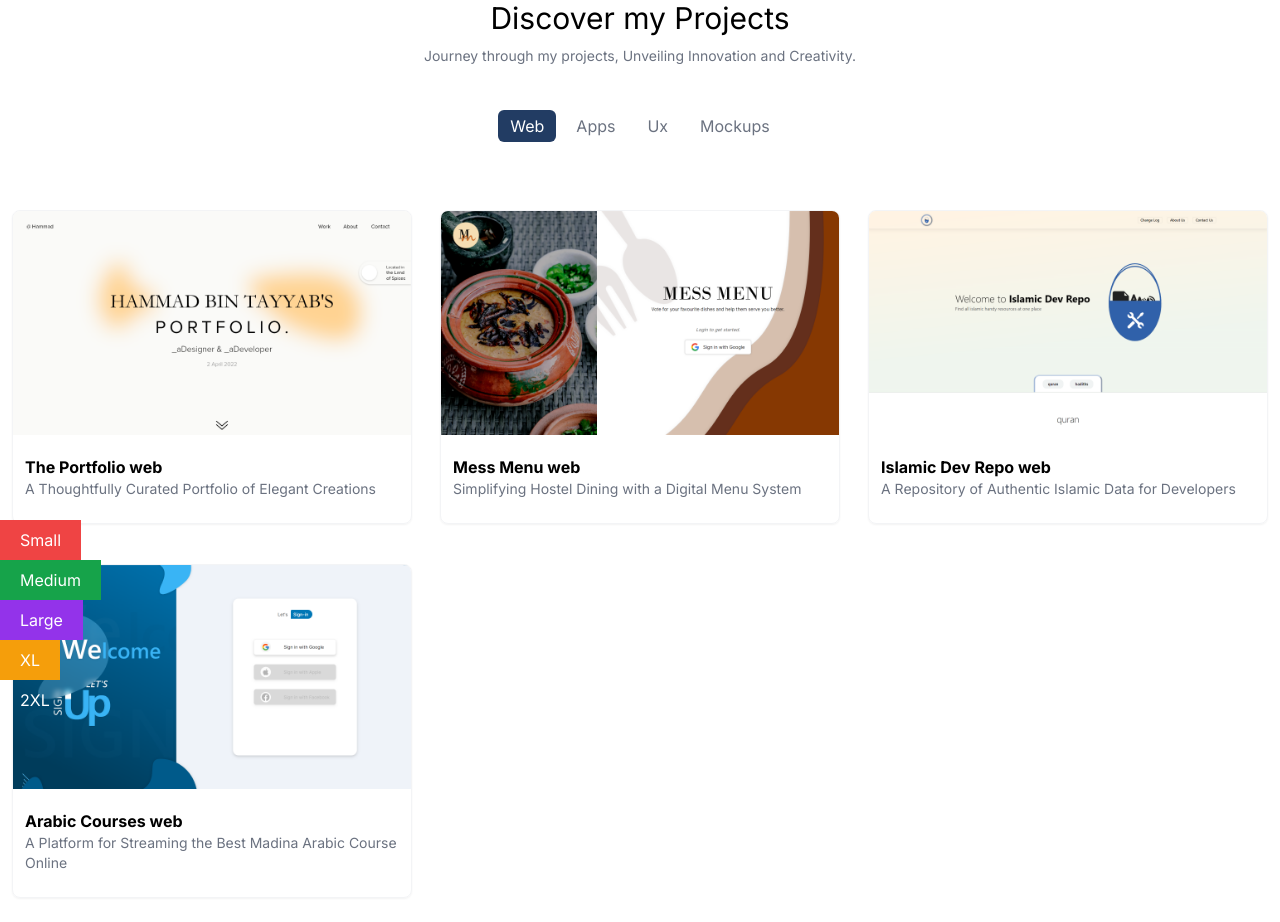
Repository: SpicierEwe/my_portfolio_v2
Page: /
An editor plug-in stored every save of this project. The page is shown before and after the next save, followed by the edit.
The browser window is 1280 px wide. The pictures show the whole page.
The project was rebuilt for these pictures with package versions that can differ from the ones it lists, and the page was loaded fresh each time. The framework's server and built-in components were replaced by stand-ins that run in the browser. Also part of the build but not shown: next.config.js, core/utils/customIcons.js, core/utils/utils.tsx, core/db/sub_db_data/ux_db.js.

Above is the page before, as saved 2024-04-22 12:01:49.

### app/page.tsx
import DevicePreview from "@/Components/Device_preview/device_preview";
import HeroSection from "@/Components/Hero_section/hero_section";
import WorkSection from "@/Components/Work_section/work_section";
import Image from "next/image";

export default function Home() {
  return (
    <main>
      <div className="absolute z-30 overflow-hidden bottom-0 ">
        <DevicePreview />
      </div>
      {/* <div className="overflow-hidden">
        <HeroSection />
      </div> */}

      <WorkSection />
    </main>
  );
}

### app/globals.css
@layer base {

  @font-face {
    font-family: 'Garamond';
    src: url('../public/fonts/EBGaramond-VariableFont_wght.ttf');

  }

  @font-face {
    font-family: 'Proxima Nova';
    src: url('../public/fonts/MarkSimonsonProximaNovaRegular.otf');
    font-weight: normal;
    font-style: normal;
  }


  @font-face {
    font-family: "Rage";
    src: url("../public/fonts/rage.ttf");
  }
}

@tailwind base;
@tailwind components;
@tailwind utilities;

:root {
  --foreground-rgb: 0, 0, 0;
  --background-start-rgb: 214, 219, 220;
  --background-end-rgb: 255, 255, 255;

}

@media (prefers-color-scheme: dark) {
  :root {
    --foreground-rgb: 255, 255, 255;
    --background-start-rgb: 0, 0, 0;
    --background-end-rgb: 0, 0, 0;
  }
}

body {

  /* background: #F5F5F5; */
}

### Components/Device_preview/device_preview.tsx
"use client";

import { use, useEffect, useState } from "react";

export default function DevicePreview() {
  return (
    <main className="flex flex-col justify-end ">
      {/* xs */}
      <div className=" text-right ">
        <p className="xs:bg-brand-color w-min text-white px-5 py-2">XS</p>
      </div>
      {/* sm */}
      <div className=" text-right ">
        <p className="sm:bg-red-500 w-min text-white px-5 py-2">Small</p>
      </div>
      {/* md */}
      <div className=" text-right ">
        <p className="md:bg-green-600 w-min px-5 py-2 text-white">Medium</p>
      </div>
      {/* lg */}
      <div className=" text-right ">
        <p className="lg:bg-purple-600 w-min px-5 py-2 text-white">Large</p>
      </div>
      {/* xl */}
      <div className=" text-right ">
        <p className="xl:bg-amber-500 w-min px-5 py-2 text-white">XL</p>
      </div>
      {/* 2xl */}
      <div className=" text-right ">
        <p className="2xl:bg-cyan-600 w-min px-5 py-2 text-white">2XL</p>
      </div>
    </main>
  );
}

### Components/Work_section/work_section.tsx
"use client";

import { db } from "../../core/db/db";
import Image from "next/image";
import Link from "next/link";
import { useState } from "react";

export default function WorkSection() {
  const navItems: string[] = Object.keys(db.portfolioItems);
  const [selectedNavItemIndex, setSelectedNavItemIndex] = useState<number>(0);
  return (
    <section className="">
      {/* header */}
      <header className="flex flex-col items-center pt-7">
        <h2 className="text-center text-2xl md:text-3xl">
          Discover my Projects
        </h2>
        <p className="text-center text-sm mt-2.5 text-gray-500">
          Journey through my projects, Unveiling Innovation and Creativity.
        </p>
      </header>
      {/* nav */}
      <nav>
        <ul className="flex justify-center mt-11 gap-2 flex-wrap">
          {navItems.map((item, index) => {
            const isSelected: Boolean = selectedNavItemIndex == index;
            return (
              <li
                className={`${
                  isSelected ? "bg-brand-color" : ""
                } px-3 py-1 rounded-md cursor-pointer`}
                onClick={() => setSelectedNavItemIndex(index)}
                key={index}
              >
                <Link
                  href="#"
                  className={`${
                    isSelected ? "text-white" : "text-gray-500"
                  } capitalize`}
                >
                  {item}
                </Link>
              </li>
            );
          })}
        </ul>
      </nav>

      <main>
        {/* projects */}
        <div className="grid grid-cols-1 sm:grid-cols-2 lg:grid-cols-3 gap-7 mt-14 px-3 py-3 sm:px-14 md:px-24">
          {(db.portfolioItems as any)[navItems[selectedNavItemIndex]].map(
            (item: any, index: number) => {
              const selectedNavItemName: string =
                navItems[selectedNavItemIndex];
              const projectName: string = item["projectName"];
              const imageLink: string = item["imageLink"];
              const tagLine = item["projectTagLine"];
              return (
                <div
                  key={index}
                  className="cursor-pointer shadow-sm rounded-lg overflow-hidden mb-3 border border-gray-100 hover:bg-gray-100 hover:border-gray-300
                  transition transform duration-300 ease-in-out"
                >
                  <Image
                    className="" // Group-based scaling
                    src={imageLink}
                    alt={projectName}
                    height={100}
                    width={100}
                    layout="responsive"
                  />
                  <div className="ml-3 mb-6 mt-5">
                    <p className="font-bold">
                      {projectName} {selectedNavItemName}
                    </p>
                    <p className="text-gray-500 text-sm">{tagLine}</p>
                  </div>
                </div>
              );
            }
          )}
        </div>
      </main>
    </section>
  );
}

### core/db/db.js
import { websitesDb } from "./sub_db_data/websites_db";
import { appsDb } from "./sub_db_data/apps_db";
import { uxDb } from "./sub_db_data/ux_db";
import { mockupsDb } from "./sub_db_data/mockups_db";

export const db = {
  portfolioItems: {
    web: websitesDb,
    apps: appsDb,
    ux: uxDb,
    mockups: mockupsDb,
  },
};

### core/db/sub_db_data/websites_db.js
import { embedCustomLinks } from "../../utils/utils";

export const websitesDb = [
  {
    projectName: "The Portfolio",
    projectId: "e2f9658b-f9bb-4d2c-ac8c-113a56d9204f",
    projectTagLine: "A Thoughtfully Curated Portfolio of Elegant Creations",
    link: "https://hammadtayyab.vercel.app/",
    imageLink: "/images/websites/my_portfolio.png",
    info: "This portfolio project showcases a minimalist design, highlighting my work and skills with clarity and finesse. The aim was to provide a seamless user experience and intuitive navigation, creating a comprehensive and sophisticated display of my professional journey.",
    roles: [
      "Data Analyst",
      "Designer",
      "Developer",
      "Maintainer",
      "Product Manager",
      "Tester/Quality Assurance",
      "Researcher",
      "DevOps Engineer",
      "Technical Writer",
      "Project Manager",
    ],
    techStack: [
      "NextJs",
      "React",
      "TypeScript",
      "TailwindCSS",
      "HTML",
      "CSS",
      "JavaScript",
      "Git",
      "Vercel",
    ],
  },
  {
    projectId: "566ec8d6-4d5d-4f22-9580-2c574f7122fb",
    projectName: "Mess Menu",
    projectTagLine: "Simplifying Hostel Dining with a Digital Menu System",
    link: "https://messmenu.vercel.app/",
    imageLink: "/images/websites/mess_menu.png",
    info: "This project streamlines the process of hostel dining by offering a digital menu system for students. Monthly menus are curated through community voting, allowing students to have a say in their dining options. Originating from a friend's final year project, the focus was on user-centric design and functionality, ensuring a seamless experience for all users.",
    roles: [
      "Data Analyst",
      "Designer",
      "Developer",
      "Maintainer",
      "Product Manager",
      "Tester/Quality Assurance",
      "Researcher",
      "DevOps Engineer",
      "Technical Writer",
      "Project Manager",
    ],
    techStack: [
      "NextJs",
      "React",
      "HTML",
      "CSS",
      "JavaScript",
      "Git",
      "Vercel",
      "Firebase",
      "Firebase Auth",
    ],
  },
  {
    projectId: "e3a52953-0a4d-43c3-b874-bd55925f6a7e",
    projectName: "Islamic Dev Repo",
    projectTagLine: "A Repository of Authentic Islamic Data for Developers",
    link: "https://islamic-dev-repo.vercel.app/",
    imageLink: "/images/websites/islamic_dev_repo.png",
    info: "This project offers developers a curated repository of reliable Islamic data that can be seamlessly integrated into various applications. With a focus on authenticity and compatibility across multiple devices, this repository provides a trustworthy source of information for developers working on Islamic-related projects.",
    roles: [
      "Data Analyst",
      "Designer",
      "Developer",
      "Maintainer",
      "Product Manager",
      "Tester/Quality Assurance",
      "Researcher",
      "DevOps Engineer",
      "Technical Writer",
      "Project Manager",
    ],
    techStack: [
      "NextJs",
      "React",
      "HTML",
      "CSS",
      "JavaScript",
      "Git",
      "Vercel",
      "Python",
    ],
  },
  {
    projectId: "87693335-b9d6-434c-8428-5d8266482050",
    projectName: "Arabic Courses",
    projectTagLine:
      "A Platform for Streaming the Best Madina Arabic Course Online",
    link: "https://arabiccourses.vercel.app/",
    imageLink: "/images/websites/arabic_courses.png",
    info: `The goal of this project was to establish an online platform for the popular Madina Arabic course, allowing users to stream videos from the cloud and track their progress. Initially, the videos were only available for download, but this platform offers a more convenient streaming experience. You can learn more about the course at ${embedCustomLinks(
      {
        link: "https://abdurrahman.org/arabic-learning/dvds/",
        title: "AbdurRahman.Org",
      }
    )}. Arabic Courses enhances accessibility and convenience for users, making the learning process smoother and more enjoyable.`,
    roles: [
      "Data Analyst",
      "Designer",
      "Developer",
      "Maintainer",
      "Product Manager",
      "Tester/Quality Assurance",
      "Researcher",
      "DevOps Engineer",
      "Technical Writer",
      "Project Manager",
    ],
    techStack: [
      "NextJs",
      "React",
      "HTML",
      "CSS",
      "JavaScript",
      "Git",
      "Vercel",
      "Firebase",
      "Firebase Auth",
    ],
  },
];

### core/db/sub_db_data/apps_db.js
import { embedCustomLinks } from "../../utils/utils";

export const appsDb = [
  {
    projectId: "38384ae3-5586-40be-b025-c9c3ad1094ef",
    projectName: "al Qur'an",
    projectTagLine: "All about the Qur'an in one app.",

    link: "https://play.google.com/store/apps/details?id=com.spicierewe.al_quran",

    imageLink: "/images/apps/al_quran.png",

    info: `The "al Qur'an" app offers a comprehensive experience of the Qur'an for users around the world. It includes a wide range of translations in various languages, tafseer (exegesis), access to over 49 reciters and translators, and much more. All data is sourced from the reliable platform ${embedCustomLinks(
      { link: "https://quran.com", title: "quran.com" }
    )}.`,

    roles: [
      "Data Analyst",
      "Designer",
      "Developer",
      "Maintainer",
      "Product Manager",
      "Tester/Quality Assurance",
      "Researcher",
      "DevOps Engineer",
      "Technical Writer",
      "Project Manager",
    ],

    techStack: ["Flutter", "Dart", "Git", "Adobe XD"],

    platforms: ["Android"],
  },
  {
    projectId: "1eeb435f-acbd-41e8-b826-440959bb6a57",
    projectName: "Riddle Me",
    projectTagLine: "Riddle Me: Unraveling Minds, One Clue at a Time!",

    link: "https://play.google.com/store/apps/details?id=com.spicierewe.RiddleMe",

    imageLink: "/images/apps/riddle_me.png",

    info: "Riddle Me is an engaging and challenging game designed to test your intelligence and problem-solving skills. This game stimulates creative thinking and encourages you to approach problems from different perspectives.",

    roles: [
      "Data Analyst",
      "Designer",
      "Developer",
      "Maintainer",
      "Product Manager",
      "Tester/Quality Assurance",
      "Researcher",
      "DevOps Engineer",
      "Technical Writer",
      "Project Manager",
    ],

    techStack: ["Flutter", "Dart", "Git", "Adobe XD"],

    platforms: ["Android"],
  },
  {
    projectId: "2ae7005c-16e2-4fe5-b7b0-20f5f826321e",
    projectName: "Food Deals",
    projectTagLine: "Find the best food deals at your fingertips.",

    link: "https://play.google.com/store/apps/details?id=com.spicierewe.food_deals",

    imageLink: "/images/apps/food_deals.png",

    info: "Food Deals is an app that helps users discover the best offers and discounts on their favorite food delivery services. Save money and enjoy your favorite meals by comparing prices across different platforms.",

    roles: [
      "Data Analyst",
      "Designer",
      "Developer",
      "Maintainer",
      "Product Manager",
      "Tester/Quality Assurance",
      "Researcher",
      "DevOps Engineer",
      "Technical Writer",
      "Project Manager",
    ],

    techStack: ["Flutter", "Dart", "Git", "Adobe XD"],

    platforms: ["Android"],
  },
  {
    projectId: "627de94f-59b4-4f85-bcf4-df6fbf22714e",
    projectName: "Hadith Collection",
    projectTagLine: "Access authentic hadiths of the Prophet Muhammad (pbuh).",

    link: "https://play.google.com/store/apps/details?id=com.spicierewe.ahadith_collection",

    imageLink: "/images/apps/ahadith_collection.png",

    info: `The "Hadith Collection" app provides a comprehensive and authentic collection of hadiths of the Prophet Muhammad (pbuh). It includes data from various reputable sources such as ${embedCustomLinks(
      { link: "https://sunnah.com", title: "sunnah.com" }
    )} for Arabic and English, and ${embedCustomLinks({
      link: "https://github.com/pakjiddat/islam-companion-web-api",
      title: "islam-companion-web-api",
    })} for Urdu data.`,

    roles: [
      "Data Analyst",
      "Designer",
      "Developer",
      "Maintainer",
      "Product Manager",
      "Tester/Quality Assurance",
      "Researcher",
      "DevOps Engineer",
      "Technical Writer",
      "Project Manager",
    ],

    techStack: ["Flutter", "Dart", "Git", "Adobe XD"],

    platforms: ["Android"],
  },
  {
    projectId: "7468bdef-5b24-454e-ae99-dd0a558441d7",
    projectName: "Study Practice",
    projectTagLine: "Practice makes perfect.",

    link: "https://play.google.com/store/apps/details?id=com.spicierewe.study_practice",

    imageLink: "/images/apps/study_practice.png",

    info: "Study Practice is a study companion app designed to help students prepare for competitive exams such as NEET and JEE. The app offers past exam questions, mock tests, and real-time progress tracking along with official study material.",

    roles: [
      "Data Analyst",
      "Designer",
      "Developer",
      "Maintainer",
      "Product Manager",
      "Tester/Quality Assurance",
      "Researcher",
      "DevOps Engineer",
      "Technical Writer",
      "Project Manager",
    ],

    techStack: ["Flutter", "Dart", "Git", "Adobe XD"],

    platforms: ["Android"],
  },
];

### core/db/sub_db_data/mockups_db.js
export const mockupsDb = [
  {
    phone_mockup_links: [],
    other_mockup_links: [
      "/images/mockups/eat_healthy_mockup.svg",
      "/images/mockups/bot_mockup_theme_light.svg",
      "/images/mockups/bot_mockup_theme_dark.svg",
      "/images/mockups/the_perfume_lab_price_list.png",
      "/images/mockups/noraty_business_hero_section.svg",
      "/images/mockups/gr_showcase.png",
      "/images/mockups/just_moved_showcase.png",
      "/images/mockups/archer_product_design.png",
      "/images/mockups/the_connection_poster.png",
      "/images/mockups/social_flow_flyer.png",
      "/images/mockups/LVD_roll_up_banner.png",
      "/images/mockups/ATS_flyer.png",
    ],
  },
];

### tailwind.config.js
const { reverse } = require("dns");
const defaultTheme = require("tailwindcss/defaultTheme");

/** @type {import('tailwindcss').Config} */
module.exports = {
  content: [
    "./pages/**/*.{js,ts,jsx,tsx,mdx}",
    "./components/**/*.{js,ts,jsx,tsx,mdx}",
    "./app/**/*.{js,ts,jsx,tsx,mdx}",
    "./core/**/*.{js,ts,jsx,tsx,mdx}",
  ],
  theme: {
    extend: {
      screens: { xs: { max: "640px" } },

      maxWidth: {
        "120rem": "120rem",
      },

      backgroundImage: {
        "gradient-radial": "radial-gradient(var(--tw-gradient-stops))",
        "gradient-conic":
          "conic-gradient(from 180deg at 50% 50%, var(--tw-gradient-stops))",
      },

      colors: {
        "brand-color": "#223c63",
        "primary-color": "#ffffff",
        "secondary-color": "#00A699",
        "accent-color": "#779ace",
      },

      keyframes: {
        wiggle: {
          "0%, 100%": { transform: "rotate(-3deg)" },
          "50%": { transform: "rotate(3deg)" },
        },

        levitate: {
          "0%": { transform: "translateY(50px)" },
          "50%": { transform: "translateY(-30px)  scale(1.1)" },
          "100%": { transform: "translateY(50px)" },
        },
        levitate_reverse: {
          "0%": { transform: "translateY(-90px)" },
          "50%": { transform: "translateY(30px)  scale(1.1)" },
          "100%": { transform: "translateY(-90px)" },
        },
      },

      animation: {
        "spin-slow": "spin 3s linear infinite",
        wiggle: "wiggle 1s ease-in-out infinite",
        levitate: "levitate 5s ease-in-out infinite",
        levitate_reverse: "levitate_reverse 5s ease-in-out infinite reverse",
      },

      fontFamily: {
        garmond: ["Garmond", ...defaultTheme.fontFamily.serif],
        custom_sans: ["Proxima Nova", ...defaultTheme.fontFamily.sans],
      },

      height: {
        dvh: "100dvh",
      },
    },
  },

  variants: {
    backgroundColor: ["responsive", "hover", "focus", "active"],
  },

  plugins: [],
};

Loaded but not shown: app/layout.tsx (common file)

After the next save:
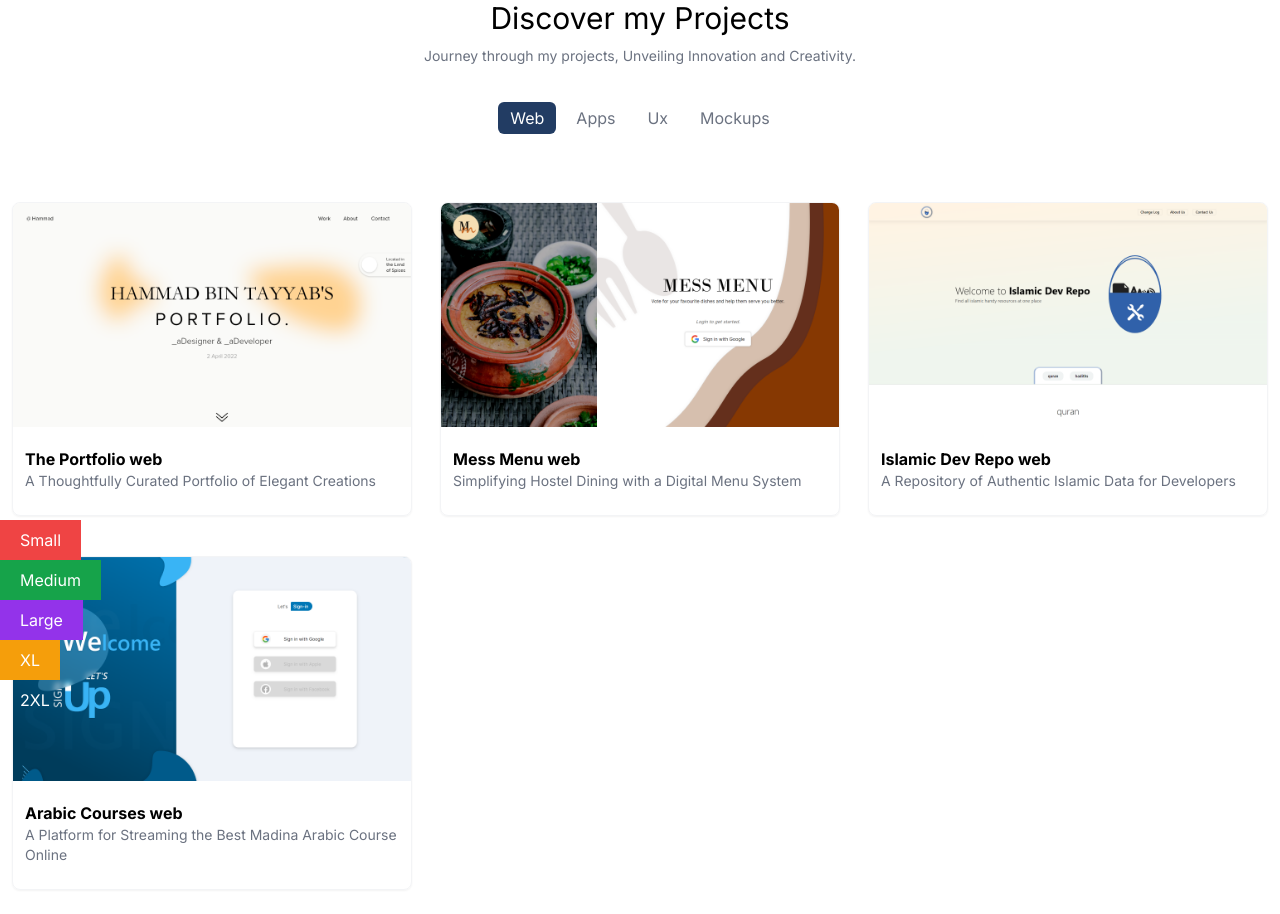
Saved 5 s later.
--- a/Components/Work_section/work_section.tsx
+++ b/Components/Work_section/work_section.tsx
@@ -21,7 +21,7 @@ export default function WorkSection() {
       </header>
       {/* nav */}
       <nav>
-        <ul className="flex justify-center mt-11 gap-2 flex-wrap">
+        <ul className="flex justify-center mt-9 gap-2 flex-wrap">
           {navItems.map((item, index) => {
             const isSelected: Boolean = selectedNavItemIndex == index;
             return (
